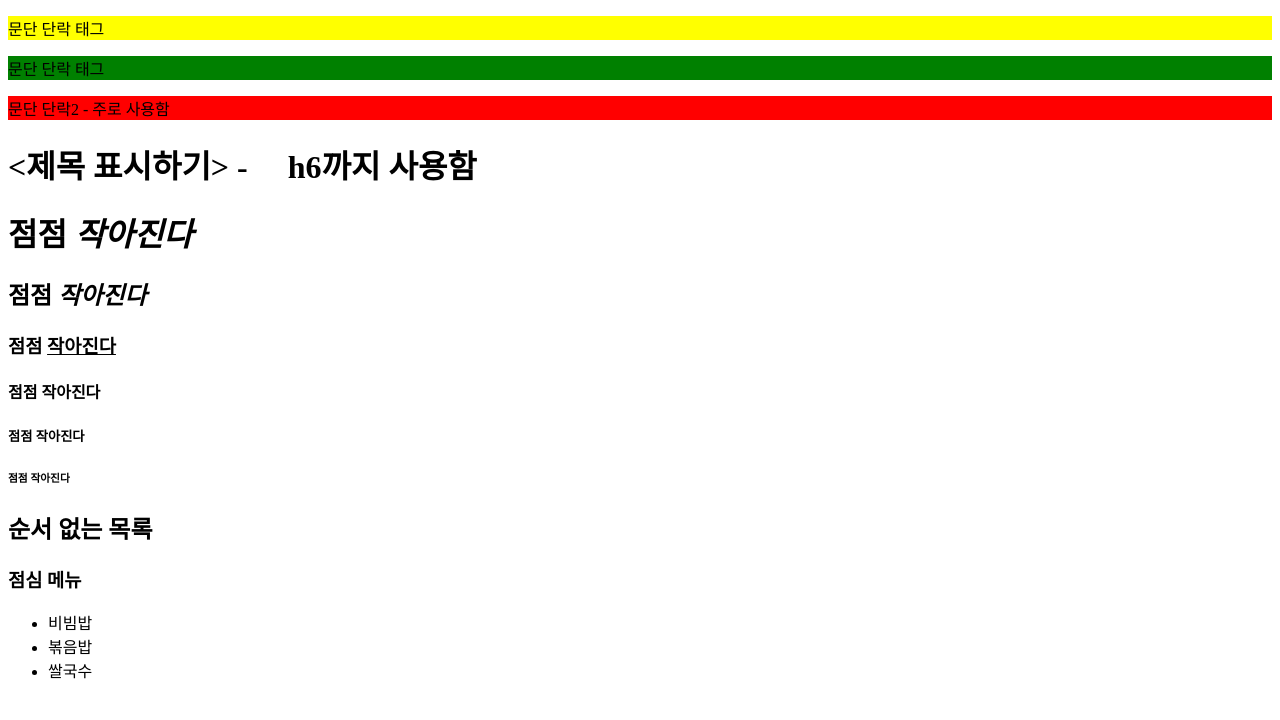
Repository: hsaar/jsworkplace
Page: http://localhost/testjsp/html/test01.jsp
These files come from the project's save history. The page is drawn as it stood at one moment and after the next save; the edit follows.
The browser window is 1280 px wide. The pictures show the whole page.
The page is served by Tomcat 9.

Above is the page before, as saved 2025-08-19 03:11:17.

After the next save:
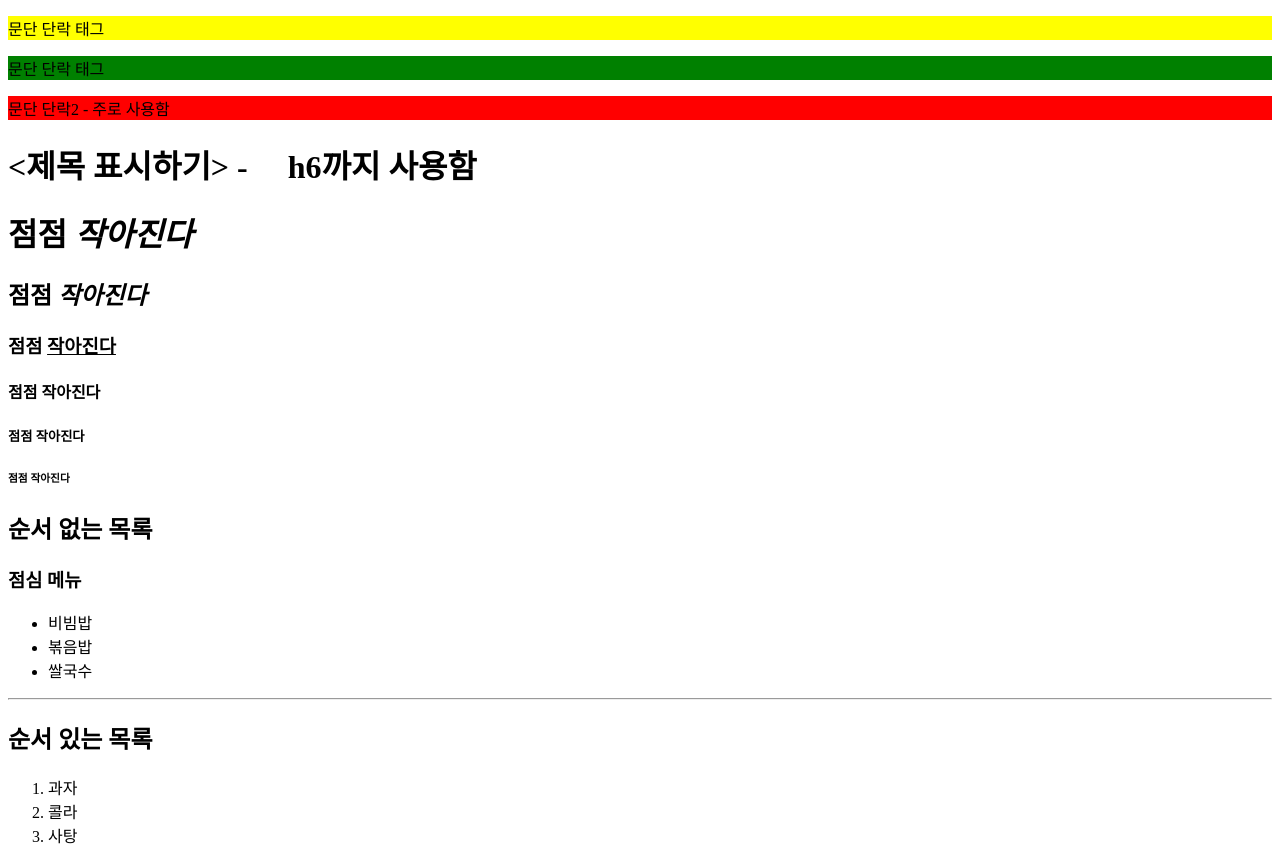
Saved 109 s later.
--- a/testjsp/src/main/webapp/html/test01.jsp
+++ b/testjsp/src/main/webapp/html/test01.jsp
@@ -29,7 +29,13 @@
 			<li>볶음밥</li>
 			<li>쌀국수</li>
 		</ul>
-
+		<hr>
+		<h2>순서 있는 목록</h2>
+		<ol>
+			<li>과자</li>
+			<li>콜라</li>
+			<li>사탕</li>
+		</ol>
 	</div>
 
 </body>
